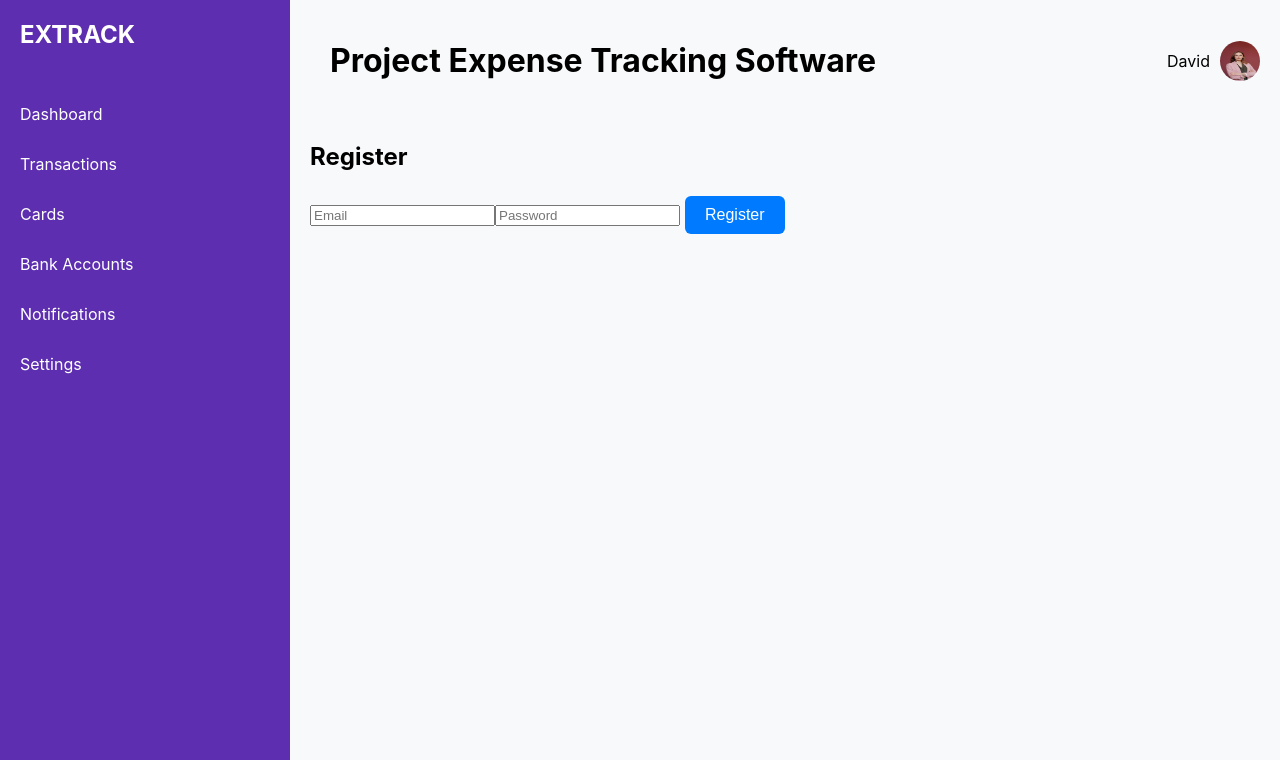
Repository: ChristhurasaRoshan/Expense-Tracker
Page: /register
An editor plug-in stored every save of this project. The page is shown before and after the next save, followed by the edit.
The browser window is 1280 px wide. The pictures show the whole page.
The project was rebuilt for these pictures with package versions that can differ from the ones it lists, and the page was loaded fresh each time. Also part of the build but not shown: src/Styles/Card.css, src/Components/Card.jsx, src/Components/TransactionList.jsx, src/Styles/ExpenseChart.css, src/Components/ExpenseChart.jsx, src/Styles/AmountTransfer.css, src/Components/AmountTransfer.jsx, src/Styles/Dashboard.css and 3 more.

Above is the page before, as saved 2024-08-22 12:17:43.

### src/App.js
import React from 'react';
import { Provider } from 'react-redux';
import { BrowserRouter as Router, Routes, Route } from 'react-router-dom';
import store from './store';
import Sidebar from '../src/Components/Sidebar';
import Header from '../src/Components/Header';
import Dashboard from '../src/Components/Dashboard';
import LoginPage from './Components/LoginPage';

import PrivateRoute from './Components/PrivateRoute';
import './App.css';
import RegisterPage from './Components/RegisterPage';

function App() {
  return (
    <Provider store={store}>
      <Router>
        <div className="app">
          <Sidebar />
          <div className="main-content">
            <Header />
            <Routes>
              <Route path="/login" element={<LoginPage />} />
              <Route path="/register" element={<RegisterPage/>} />
              <Route
                path="/dashboard"
                element={
                  <PrivateRoute>
                    <Dashboard />
                  </PrivateRoute>
                }
              />
            </Routes>
          </div>
        </div>
      </Router>
    </Provider>
  );
}

export default App;

### src/store.js
import { configureStore } from '@reduxjs/toolkit';
import transactionReducer from './slices/transactionSlice';
import authReducer from './slices/authSlice';

const store = configureStore({
  reducer: {
    transactions: transactionReducer,
    auth: authReducer,
  },
});

export default store;

### src/Components/Sidebar.jsx
import React from 'react';
import '../Styles/Sidebar.css';

const Sidebar = () => {
  return (
    <div className="sidebar">
      <div className="logo">EXTRACK</div>
      <ul>
        <li>Dashboard</li>
        <li>Transactions</li>
        <li>Cards</li>
        <li>Bank Accounts</li>
        <li>Notifications</li>
        <li>Settings</li>
      </ul>
    </div>
  );
};

export default Sidebar;

### src/Components/Header.jsx
import React from 'react';
import '../Styles/Header.css';

const Header = () => {
  return (
    <div className="header">
      <h1>Project Expense Tracking Software</h1>
      <div className="user-profile">
        <span>David</span>
        <img src="user-profile.jpg" alt="Profile" />
      </div>
    </div>
  );
};

export default Header;

### src/App.css
.app {
  display: flex;
}

.main-content {
  flex: 1;
  background-color: #f8f9fa;
  padding-left: 20px;
}

### src/Components/RegisterPage.js
import React, { useState } from 'react';
import { useDispatch } from 'react-redux';
import { register } from '../slices/authSlice';
import { useNavigate } from 'react-router-dom';

const RegisterPage = () => {
  const [email, setEmail] = useState('');
  const [password, setPassword] = useState('');
  const dispatch = useDispatch();
  const navigate = useNavigate();

  const handleSubmit = (e) => {
    e.preventDefault();
    if (email && password) {
      dispatch(register({ email, password }));
      navigate('/login');
    }
  };

  return (
    <div className="register-page">
      <h2>Register</h2>
      <form onSubmit={handleSubmit}>
        <input
          type="email"
          placeholder="Email"
          value={email}
          onChange={(e) => setEmail(e.target.value)}
          required
        />
        <input
          type="password"
          placeholder="Password"
          value={password}
          onChange={(e) => setPassword(e.target.value)}
          required
        />
        <button type="submit">Register</button>
      </form>
    </div>
  );
};

export default RegisterPage;

### src/slices/transactionSlice.js
import { createSlice } from '@reduxjs/toolkit';

const initialState = [
  { id: 1, name: "Sebastian Kingsley", date: "02/06/2023", amount: "$50.2", status: "Success" },
  { id: 2, name: "Amazon Prime", date: "02/06/2023", amount: "$43.9", status: "Success" },
  { id: 3, name: "Penelope Everly", date: "06/06/2023", amount: "$34.9", status: "Success" },
];

const transactionSlice = createSlice({
  name: 'transactions',
  initialState,
  reducers: {
    addTransaction: (state, action) => {
      state.push({ id: Date.now(), ...action.payload });
    },
    deleteTransaction: (state, action) => {
      return state.filter(transaction => transaction.id !== action.payload);
    },
    updateTransaction: (state, action) => {
      const index = state.findIndex(transaction => transaction.id === action.payload.id);
      if (index !== -1) {
        state[index] = { ...state[index], ...action.payload };
      }
    },
  },
});

export const { addTransaction, deleteTransaction, updateTransaction } = transactionSlice.actions;
export default transactionSlice.reducer;

### src/slices/authSlice.js
import { createSlice } from '@reduxjs/toolkit';

const initialState = {
  isAuthenticated: false,
  user: null,
};

const authSlice = createSlice({
  name: 'auth',
  initialState,
  reducers: {
    login: (state, action) => {
      state.isAuthenticated = true;
      state.user = action.payload;
    },
    logout: (state) => {
      state.isAuthenticated = false;
      state.user = null;
    },
    register: (state, action) => {
      // Handle registration if needed
    },
  },
});

export const { login, logout, register } = authSlice.actions;
export default authSlice.reducer;

### src/Styles/Sidebar.css
.sidebar {
    width: 250px;
    background-color: #5d2eaf;
    color: white;
    height: 100vh;
    padding: 20px;
  }

  .logo {
    font-size: 24px;
    font-weight: bold;
    margin-bottom: 40px;
  }

  .sidebar ul {
    list-style: none;
    padding: 0;
  }

  .sidebar ul li {
    padding: 15px 0;
    cursor: pointer;
  }

  .sidebar ul li:hover {
    background-color: rgba(255, 255, 255, 0.1);
  }

### src/Styles/Header.css
.header {
    display: flex;
    justify-content: space-between;
    align-items: center;
    padding: 20px;
  }

  .user-profile {
    display: flex;
    align-items: center;
  }

  .user-profile span {
    margin-right: 10px;
  }

  .user-profile img {
    width: 40px;
    height: 40px;
    border-radius: 50%;
  }

### src/Styles/TransactionList.css
/* Container for the transaction list */
.transaction-list {
  max-width: 900px;
  margin: 50px auto;
  padding: 20px;
  border-radius: 8px;
  box-shadow: 0 4px 8px rgba(0, 0, 0, 0.1);
  background-color: #ffffff;
}

/* Table styles */
table {
  width: 100%;
  border-collapse: collapse;
}

th, td {
  padding: 12px;
  border-bottom: 1px solid #e1e1e1;
  text-align: center;
}

th {
  background-color: #f9f9f9;
  color: #333;
  font-weight: bold;
}

td {
  color: #555;
}

/* Form input styles */
input[type="text"], input[type="date"], select {
  padding: 10px;
  width: calc(100% - 22px); /* Adjusted width */
  margin-bottom: 12px;
  border: 1px solid #d1d1d1;
  border-radius: 6px;
  box-sizing: border-box;
  font-size: 16px;
}

input:focus, select:focus {
  border-color: #007BFF;
  outline: none;
  box-shadow: 0 0 5px rgba(0, 123, 255, 0.5);
}

/* Button styles */
button {
  padding: 10px 20px;
  margin: 5px;
  border: none;
  background-color: #007BFF;
  color: white;
  cursor: pointer;
  border-radius: 6px;
  font-size: 16px;
  transition: background-color 0.3s ease, transform 0.2s ease;
}

button:hover {
  background-color: #0056b3;
  transform: scale(1.05);
}

/* Add transaction section styles */
.add-transaction {
  margin-top: 30px;
  padding: 20px;
  border-radius: 8px;
  background-color: #f9f9f9;
  box-shadow: 0 4px 8px rgba(0, 0, 0, 0.1);
}

.add-transaction h3 {
  margin-bottom: 15px;
  color: #333;
}

/* Dropdown styling */
select {
  appearance: none;
  background-color: #ffffff;
  background-image: url('data:[embedded picture, 153 characters]');
  background-repeat: no-repeat;
  background-position: right 12px center;
  background-size: 12px 7px;
  padding: 10px;
  border: 1px solid #d1d1d1;
  border-radius: 6px;
  font-size: 16px;
}

/* Button variations for add and delete actions */
.add-transaction button {
  background-color: #28a745;
}

.add-transaction button:hover {
  background-color: #218838;
}

.delete-btn {
  background-color: #dc3545;
}

.delete-btn:hover {
  background-color: #c82333;
}

/* Error message styling */
.error {
  color: #dc3545; /* Red color for errors */
  font-size: 14px;
  margin-top: -10px;
  margin-bottom: 10px;
}

/* Additional Styles */
.add-transaction input[type="text"],
.add-transaction input[type="date"],
.add-transaction select {
  margin-bottom: 12px; /* Adjusted margin for consistency */
}

Loaded but not shown: public/index.html (common file); src/index.js (common file); src/index.css (common file); src/reportWebVitals.js (common file)

After the next save:
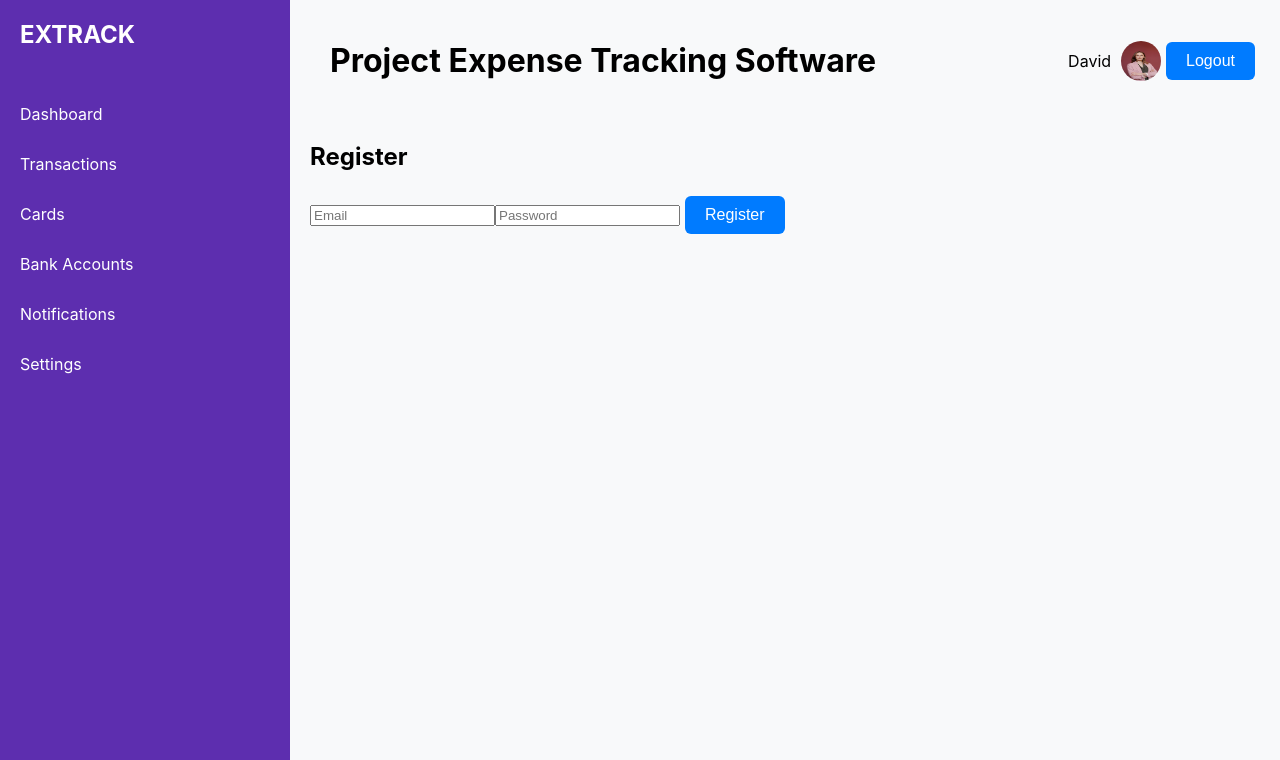
Saved 33 s later.
--- a/src/Components/Header.jsx
+++ b/src/Components/Header.jsx
@@ -1,13 +1,28 @@
 import React from 'react';
+import { useNavigate } from 'react-router-dom'; // Use useNavigate instead of useHistory
+import { useDispatch } from 'react-redux';
+import { logout } from '../slices/authSlice'; // Import your logout action
 import '../Styles/Header.css';
 
 const Header = () => {
+  const navigate = useNavigate(); // Use useNavigate to handle redirection
+  const dispatch = useDispatch();
+
+  const handleLogout = () => {
+    // Dispatch the logout action (update your Redux store or clear authentication tokens)
+    dispatch(logout());
+
+    // Redirect to the login page
+    navigate('/login'); // Use navigate for redirection
+  };
+
   return (
     <div className="header">
       <h1>Project Expense Tracking Software</h1>
       <div className="user-profile">
         <span>David</span>
         <img src="user-profile.jpg" alt="Profile" />
+        <button className="logout-button" onClick={handleLogout}>Logout</button>
       </div>
     </div>
   );
